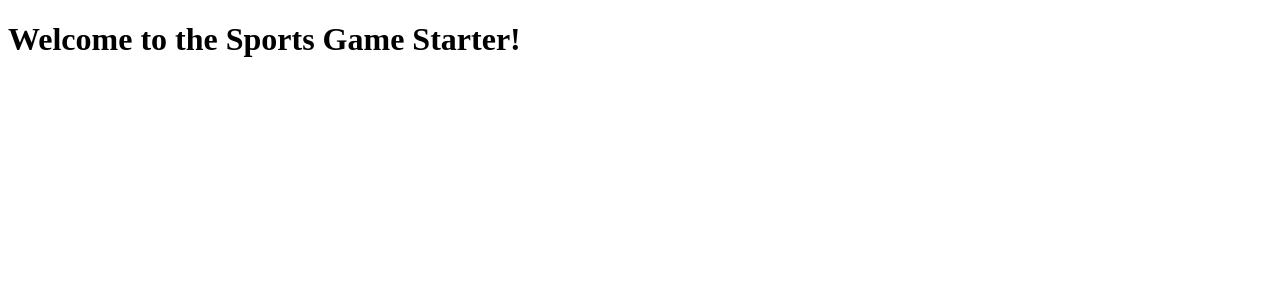
Repository: marcusmerrick/reactSportsGame
Page: index.html
These files come from the project's save history. The page is drawn as it stood at one moment and after the next save; the edit follows.
The browser window is 1280 px wide. The pictures show the whole page.
Some web libraries are served in a nearby version.

Above is the page before, as saved 2020-07-24 19:14:12.

### index.html
<!DOCTYPE html>
<html lang="en">
<head>
    <meta charset="UTF-8">
    <meta name="viewport" content="width=device-width, initial-scale=1.0">
    <title>Document</title>
</head>
<body>
    <div id='root'></div>
    <script crossorigin src="https://unpkg.com/react@16/umd/react.development.js"></script>
    <script crossorigin src="https://unpkg.com/react-dom@16/umd/react-dom.development.js"></script>
    <script crossorigin src="https://unpkg.com/babel-standalone@6/babel.min.js"></script>
    <script type="text/babel">


        class Team extends React.Component {
            constructor(props) {
                super(props)
                const element = (
                    <div>
                        <Team
                            name="Sara"
                            logo="./team1.jpg"/>
                    </div>
                )

            }


        }

        function App () {
            return (
                <div>
                <h1> Welcome to the Sports Game Starter!</h1>
                <h2> {Team.props}
                </h2>

                </div>
            )
        }

        ReactDOM.render(
            <App />,
            document.querySelector('#root')
        )
    </script>
</body>
</html>

After the next save:
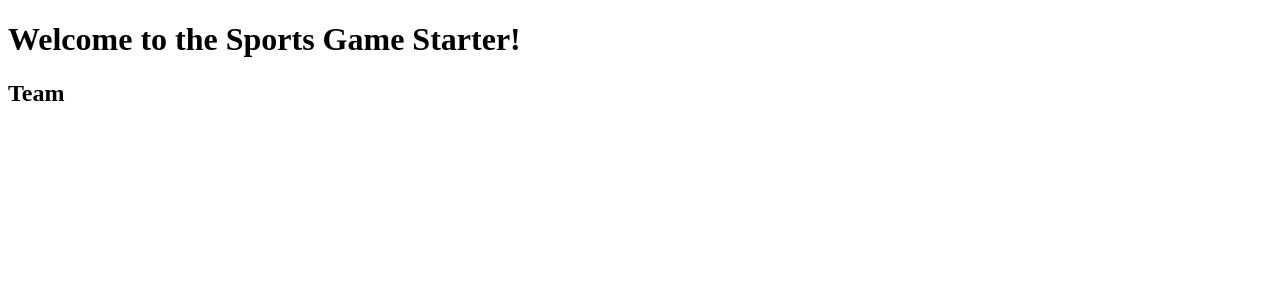
Saved 12 s later.
--- a/index.html
+++ b/index.html
@@ -33,7 +33,7 @@
             return (
                 <div>
                 <h1> Welcome to the Sports Game Starter!</h1>
-                <h2> {Team.props}
+                <h2> {Team.name}
                 </h2>
 
                 </div>

After the 3 saves that followed:
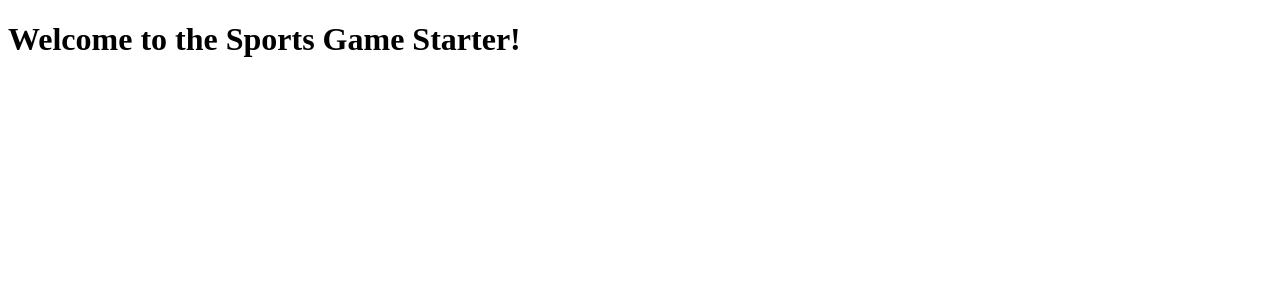
The 3 saves are shown as one change because 1 left the picture as it was and some came seconds apart.
The last was saved 81 s later.
--- a/index.html
+++ b/index.html
@@ -16,7 +16,7 @@
         class Team extends React.Component {
             constructor(props) {
                 super(props)
-                const element = (
+                info = (
                     <div>
                         <Team
                             name="Sara"
@@ -33,7 +33,7 @@
             return (
                 <div>
                 <h1> Welcome to the Sports Game Starter!</h1>
-                <h2> {Team.name}
+                <h2> {Team.info}
                 </h2>
 
                 </div>
